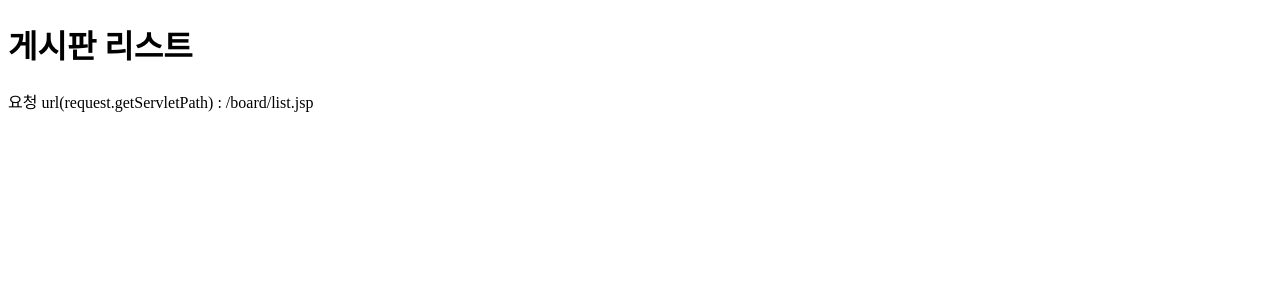
Repository: seokku/java2
Page: http://localhost/ch01_init_object/board/list.jsp
These files come from the project's save history. The page is drawn as it stood at one moment and after the next save; the edit follows.
The browser window is 1280 px wide. The pictures show the whole page.
The page is served by Tomcat 9. Other server files are loaded and not shown.

Above is the page before, as saved 2021-02-17 07:27:05.

### workspace/jsp/ch01_init_object/WebContent/board/list.jsp
<%@page import="java.util.List"%>
<%@page import="com.webjjang.main.controller.ExeService"%>
<%@page import="com.webjjang.main.controller.Beans"%>
<%@ page language="java" contentType="text/html; charset=UTF-8"
    pageEncoding="UTF-8"%>

<%
// ----------- 데이터 처리
// 요청한  url 가져오기
// String url = request.getRequestURL().toString();
String url = request.getServletPath();
// 생성되어 있는 서비스를 url에 맞는것을 찾아서 실행할 수 있도록 전달한다. - 생성하지 않는다.
List list = (List) ExeService.execute(Beans.get(url), null);

%>

<!-- 데이터 표시     -->
<!DOCTYPE html>
<html>
<head>
<meta charset="UTF-8">
<title>게시판 리스트</title>
</head>
<body>
<h1>게시판 리스트</h1>
<%-- 요청 url(request.getRequestURL) : <%= url %><br/> --%>
요청 url(request.getServletPath) : <%= url %><br/>
</body>
</html>

### workspace/jsp/ch01_init_object/src/com/webjjang/main/controller/ExeService.java
/*
 * 서비스를 실행하는 객체
 * 실행하려는 서비스와 전달되는 데이터를 받아서 정보를 출력하고 서비스를 실행한 후 결과를 리턴해 준다.
 * 작성일 : 2021.01.18
 * 작성자 : 이영환
 */
package com.webjjang.main.controller;

public class ExeService {

	// 사용방법 : 변수 = (변수타입) ExeService.execute(생성된 서비스, 전달 데이터)
	// 서비스 실행을 위한 메서드 - service(실행하려는 서비스, 전달 객체)
	// 전달 객체가 필요없는 경우는 null을 전달하면 됩니다.
	// 프록시 프로그램 패턴 - 필터(JSP), 인터셉터(Spring)
	public static Object execute(Service service, Object obj) throws Exception{
		// 공통처리부분
		// 실행하려는 객체의 정보 출력
		System.out.println(service.getClass().getSimpleName() + ".service()");
		// 전달되는 데이터 출력
		System.out.println("전달되는 데이터 : " + obj);

		// 실제적을 서비스를 실행하는 부분 -> 호출한다.
		Object result = service.service(obj);
		System.out.println("실행결과 : " + result);
		return result;
	}

}

After the next save:
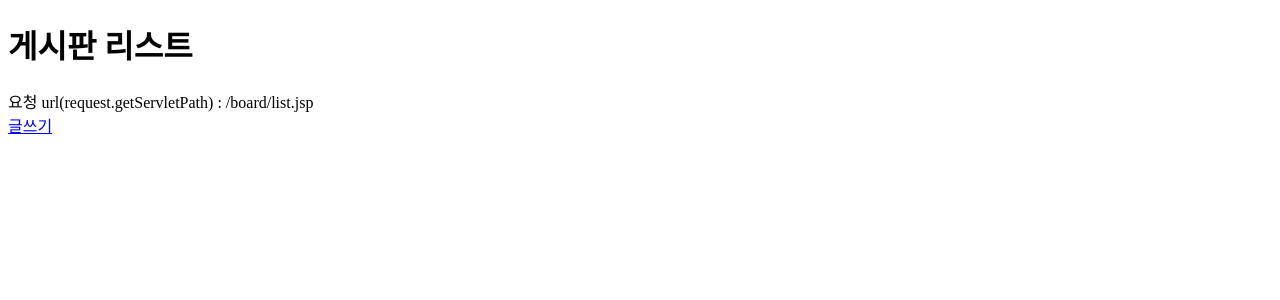
Saved 111 s later.
--- a/workspace/jsp/ch01_init_object/WebContent/board/list.jsp
+++ b/workspace/jsp/ch01_init_object/WebContent/board/list.jsp
@@ -25,5 +25,6 @@ List list = (List) ExeService.execute(Beans.get(url), null);
 <h1>게시판 리스트</h1>
 <%-- 요청 url(request.getRequestURL) : <%= url %><br/> --%>
 요청 url(request.getServletPath) : <%= url %><br/>
+<a href="writeForm.jsp">글쓰기</a>
 </body>
 </html>
